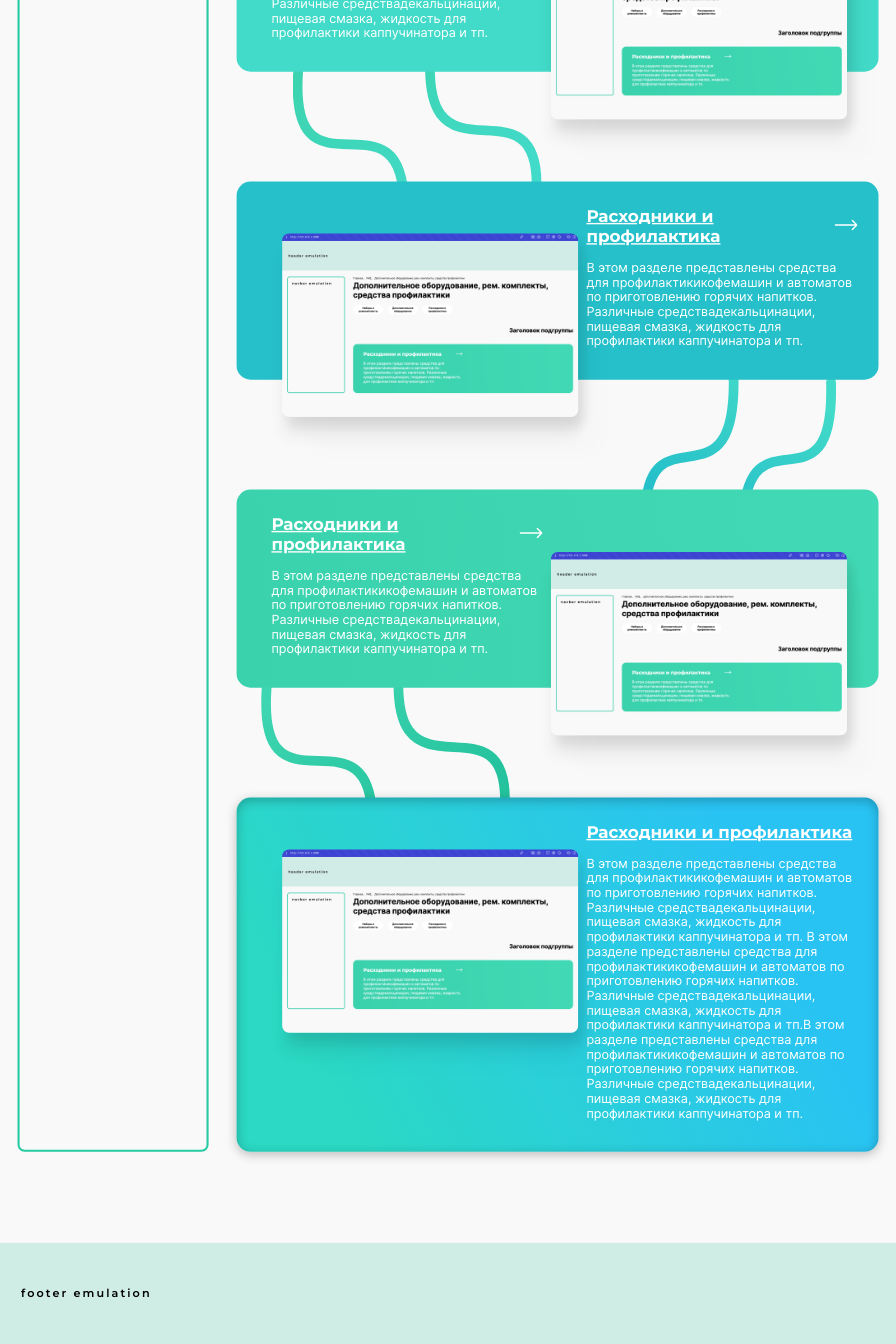
Repository: axonde/venpart-faq-pages
Page: index.html
These files come from the project's save history. The page is drawn as it stood at one moment and after the next save; the edit follows.
The browser window is 1280 px wide. The pictures show the part of the page from y = 1378 to 3298 px (the page is 3298 px tall), at 70% of full size.

Above is the page before, as saved 2024-02-28 20:16:38.

### index.html
<!DOCTYPE html>
<html lang="ru">
<head>
	<meta charset="UTF-8">
	<meta name="viewport" content="width=device-width, initial-scale=1.0">
	<title>Venpart FAQ page</title>
	<link rel="stylesheet" href="style.css">
	<script defer src="script.js"></script>
</head>
<body>
	<header>
		header emulation
	</header>

	<main>
		<div class="navbar">
			navbar emulation
		</div>

		<div class="main__content">
			<!-- <nav xmlns:v="http://rdf.data-vocabulary.org/#" class="breadcumbs">
				<div class="breadcumbs__container">
					<div typeof="v:Breadcrumb" class="breadcumb"><a href="/" rel="v:url" property="v:title">Главная</a></div>
					<div typeof="v:Breadcrumb" class="breadcumb"><a href="/catalog/necta-1647/" rel="v:url" property="v:title">FAQ</a></div>
					<div typeof="v:Breadcrumb" class="breadcumb"><a href="/catalog/kikko-kikko-max-41269/" rel="v:url" property="v:title">Дополнительное оборудование, рем. комплекты, средства профилактики</a></div>
				</div>
			</nav> -->

			<!-- <div class="catalog__header">Дополнительное оборудование, рем. комплекты, средства профилактики</div> -->

			<div class="faq">
				<!-- <div class="catalog__buttons">
					<a class="catalog__button" id="">Наборы и ремкомплекты</a>
					<a class="catalog__button" id="">Дополнительное оборудование</a>
					<a class="catalog__button" id="">Расходники и профилактика</a>
				</div> -->

				<div class="faq__container">

					<!-- default group -->
					<div class="faq__group">

						<div class="faq__header">Заголовок подгруппы</div>

						<div class="faq__items">
							<div class="faq__item">
								<div class="faq__item--wrapper">
									<div class="faq__item--text-wrapper">
										<div class="faq__item--text-name">
											<a href="#">Расходники и профилактика</a>
											<span>
												<svg width="33" height="16" viewBox="0 0 33 16" fill="none" xmlns="http://www.w3.org/2000/svg">
													<path d="M1.32739 7C0.775108 7 0.327393 7.44772 0.327393 8C0.327393 8.55228 0.775108 9 1.32739 9L1.32739 7ZM32.7072 8.70711C33.0978 8.31659 33.0978 7.68342 32.7072 7.2929L26.3433 0.928935C25.9527 0.53841 25.3196 0.53841 24.9291 0.928935C24.5385 1.31946 24.5385 1.95262 24.9291 2.34315L30.5859 8L24.9291 13.6569C24.5385 14.0474 24.5385 14.6805 24.9291 15.0711C25.3196 15.4616 25.9527 15.4616 26.3433 15.0711L32.7072 8.70711ZM1.32739 9L32.0001 9L32.0001 7L1.32739 7L1.32739 9Z" fill="white"/>
												</svg>
											</span>
										</div>

										<div class="faq__item--text-text">
											В этом разделе представлены средства для профилактикикофемашин и автоматов по приготовлению горячих напитков. Различные средствадекальцинации, пищевая смазка, жидкость для профилактики каппучинатора и тп.
										</div>
									</div>

									<div class="faq__item--image">
										<img src="image.png" alt="default-img">
									</div>
								</div>
							</div>

							<div class="faq__item">
								<div class="faq__item--wrapper">
									<div class="faq__item--text-wrapper">
										<div class="faq__item--text-name">
											<a href="#">Расходники и профилактика</a>
											<span>
												<svg width="33" height="16" viewBox="0 0 33 16" fill="none" xmlns="http://www.w3.org/2000/svg">
													<path d="M1.32739 7C0.775108 7 0.327393 7.44772 0.327393 8C0.327393 8.55228 0.775108 9 1.32739 9L1.32739 7ZM32.7072 8.70711C33.0978 8.31659 33.0978 7.68342 32.7072 7.2929L26.3433 0.928935C25.9527 0.53841 25.3196 0.53841 24.9291 0.928935C24.5385 1.31946 24.5385 1.95262 24.9291 2.34315L30.5859 8L24.9291 13.6569C24.5385 14.0474 24.5385 14.6805 24.9291 15.0711C25.3196 15.4616 25.9527 15.4616 26.3433 15.0711L32.7072 8.70711ZM1.32739 9L32.0001 9L32.0001 7L1.32739 7L1.32739 9Z" fill="white"/>
												</svg>
											</span>
										</div>

										<div class="faq__item--text-text">
											В этом разделе представлены средства для профилактикикофемашин и автоматов по приготовлению горячих напитков. Различные средствадекальцинации, пищевая смазка, жидкость для профилактики каппучинатора и тп.
										</div>
									</div>

									<div class="faq__item--image">
										<img src="image.png" alt="default-img">
									</div>
								</div>
							</div>

							<div class="faq__item">
								<div class="faq__item--wrapper">
									<div class="faq__item--text-wrapper">
										<div class="faq__item--text-name">
											<a href="#">Расходники и профилактика</a>
											<span>
												<svg width="33" height="16" viewBox="0 0 33 16" fill="none" xmlns="http://www.w3.org/2000/svg">
													<path d="M1.32739 7C0.775108 7 0.327393 7.44772 0.327393 8C0.327393 8.55228 0.775108 9 1.32739 9L1.32739 7ZM32.7072 8.70711C33.0978 8.31659 33.0978 7.68342 32.7072 7.2929L26.3433 0.928935C25.9527 0.53841 25.3196 0.53841 24.9291 0.928935C24.5385 1.31946 24.5385 1.95262 24.9291 2.34315L30.5859 8L24.9291 13.6569C24.5385 14.0474 24.5385 14.6805 24.9291 15.0711C25.3196 15.4616 25.9527 15.4616 26.3433 15.0711L32.7072 8.70711ZM1.32739 9L32.0001 9L32.0001 7L1.32739 7L1.32739 9Z" fill="white"/>
												</svg>
											</span>
										</div>

										<div class="faq__item--text-text">
											В этом разделе представлены средства для профилактикикофемашин и автоматов по приготовлению горячих напитков. Различные средствадекальцинации, пищевая смазка, жидкость для профилактики каппучинатора и тп.
										</div>
									</div>

									<div class="faq__item--image">
										<img src="image.png" alt="default-img">
									</div>
								</div>
							</div>

							<div class="faq__item">
								<div class="faq__item--wrapper">
									<div class="faq__item--text-wrapper">
										<div class="faq__item--text-name">
											<a href="#">Расходники и профилактика</a>
											<span>
												<svg width="33" height="16" viewBox="0 0 33 16" fill="none" xmlns="http://www.w3.org/2000/svg">
													<path d="M1.32739 7C0.775108 7 0.327393 7.44772 0.327393 8C0.327393 8.55228 0.775108 9 1.32739 9L1.32739 7ZM32.7072 8.70711C33.0978 8.31659 33.0978 7.68342 32.7072 7.2929L26.3433 0.928935C25.9527 0.53841 25.3196 0.53841 24.9291 0.928935C24.5385 1.31946 24.5385 1.95262 24.9291 2.34315L30.5859 8L24.9291 13.6569C24.5385 14.0474 24.5385 14.6805 24.9291 15.0711C25.3196 15.4616 25.9527 15.4616 26.3433 15.0711L32.7072 8.70711ZM1.32739 9L32.0001 9L32.0001 7L1.32739 7L1.32739 9Z" fill="white"/>
												</svg>
											</span>
										</div>

										<div class="faq__item--text-text">
											В этом разделе представлены средства для профилактикикофемашин и автоматов по приготовлению горячих напитков. Различные средствадекальцинации, пищевая смазка, жидкость для профилактики каппучинатора и тп.
										</div>
									</div>

									<div class="faq__item--image">
										<img src="image.png" alt="default-img">
									</div>
								</div>
							</div>

							<div class="faq__item">
								<div class="faq__item--wrapper">
									<div class="faq__item--text-wrapper">
										<div class="faq__item--text-name">
											<a href="#">Расходники и профилактика</a>
											<span>
												<svg width="33" height="16" viewBox="0 0 33 16" fill="none" xmlns="http://www.w3.org/2000/svg">
													<path d="M1.32739 7C0.775108 7 0.327393 7.44772 0.327393 8C0.327393 8.55228 0.775108 9 1.32739 9L1.32739 7ZM32.7072 8.70711C33.0978 8.31659 33.0978 7.68342 32.7072 7.2929L26.3433 0.928935C25.9527 0.53841 25.3196 0.53841 24.9291 0.928935C24.5385 1.31946 24.5385 1.95262 24.9291 2.34315L30.5859 8L24.9291 13.6569C24.5385 14.0474 24.5385 14.6805 24.9291 15.0711C25.3196 15.4616 25.9527 15.4616 26.3433 15.0711L32.7072 8.70711ZM1.32739 9L32.0001 9L32.0001 7L1.32739 7L1.32739 9Z" fill="white"/>
												</svg>
											</span>
										</div>

										<div class="faq__item--text-text">
											В этом разделе представлены средства для профилактикикофемашин и автоматов по приготовлению горячих напитков. Различные средствадекальцинации, пищевая смазка, жидкость для профилактики каппучинатора и тп.
										</div>
									</div>

									<div class="faq__item--image">
										<img src="image.png" alt="default-img">
									</div>
								</div>
							</div>

							<div class="faq__item no-photo">
								<div class="faq__item--wrapper">
									<div class="faq__item--text-wrapper">
										<div class="faq__item--text-name">
											<a href="#">Расходники и профилактика</a>
											<!-- <span>
												<svg width="33" height="16" viewBox="0 0 33 16" fill="none" xmlns="http://www.w3.org/2000/svg">
													<path d="M1.32739 7C0.775108 7 0.327393 7.44772 0.327393 8C0.327393 8.55228 0.775108 9 1.32739 9L1.32739 7ZM32.7072 8.70711C33.0978 8.31659 33.0978 7.68342 32.7072 7.2929L26.3433 0.928935C25.9527 0.53841 25.3196 0.53841 24.9291 0.928935C24.5385 1.31946 24.5385 1.95262 24.9291 2.34315L30.5859 8L24.9291 13.6569C24.5385 14.0474 24.5385 14.6805 24.9291 15.0711C25.3196 15.4616 25.9527 15.4616 26.3433 15.0711L32.7072 8.70711ZM1.32739 9L32.0001 9L32.0001 7L1.32739 7L1.32739 9Z" fill="white"/>
												</svg>
											</span> -->
										</div>

										<div class="faq__item--text-text">
											В этом разделе представлены средства для профилактикикофемашин и автоматов по приготовлению горячих напитков. Различные средствадекальцинации, пищевая смазка, жидкость для профилактики каппучинатора и тп. В этом разделе представлены средства для профилактикикофемашин и автоматов по приготовлению горячих напитков. Различные средствадекальцинации, пищевая смазка, жидкость для профилактики каппучинатора и тп.В этом разделе представлены средства для профилактикикофемашин и автоматов по приготовлению горячих напитков. Различные средствадекальцинации, пищевая смазка, жидкость для профилактики каппучинатора и тп.
										</div>
									</div>

									<div class="faq__item--image">
										<img src="image.png" alt="default-img">
									</div>
								</div>
							</div>
						</div>
					</div>

				</div>
			</div>
		</div>
	</main>

	<footer>
		footer emulation
	</footer>
</body>
</html>

Loaded but not shown: script.js (24 lines, source omitted); style.css (719 lines, source omitted)

After the next save:
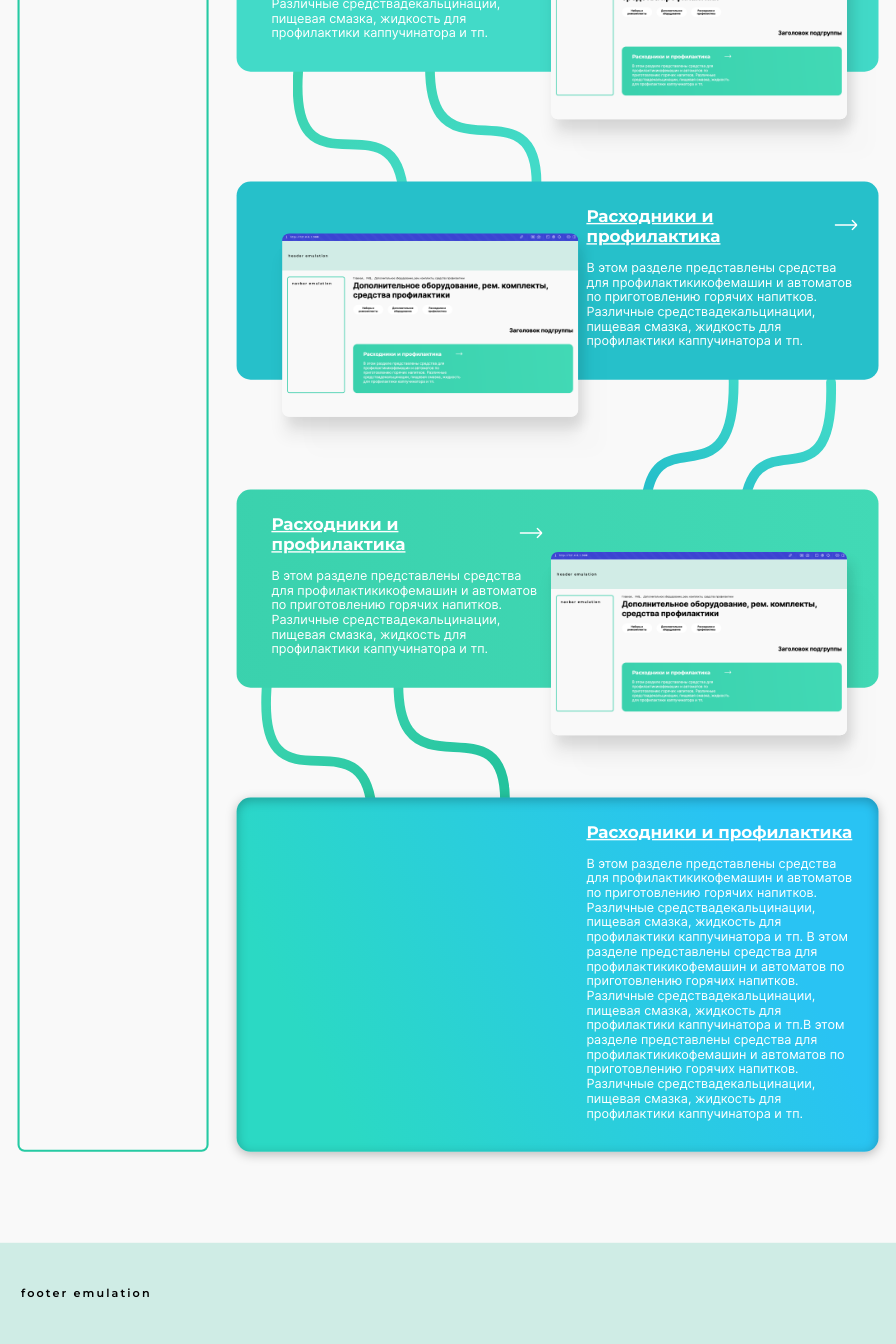
Saved 9 s later.
--- a/index.html
+++ b/index.html
@@ -174,10 +174,6 @@
 											В этом разделе представлены средства для профилактикикофемашин и автоматов по приготовлению горячих напитков. Различные средствадекальцинации, пищевая смазка, жидкость для профилактики каппучинатора и тп. В этом разделе представлены средства для профилактикикофемашин и автоматов по приготовлению горячих напитков. Различные средствадекальцинации, пищевая смазка, жидкость для профилактики каппучинатора и тп.В этом разделе представлены средства для профилактикикофемашин и автоматов по приготовлению горячих напитков. Различные средствадекальцинации, пищевая смазка, жидкость для профилактики каппучинатора и тп.
 										</div>
 									</div>
-
-									<div class="faq__item--image">
-										<img src="image.png" alt="default-img">
-									</div>
 								</div>
 							</div>
 						</div>
